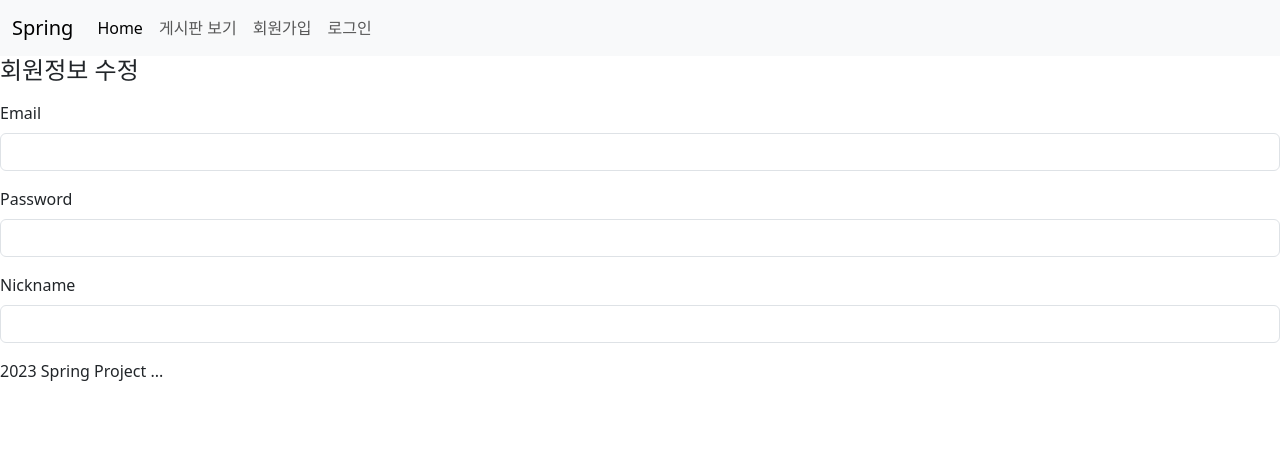
Repository: xoqls97/SpringProject
Page: http://localhost/spring_test2/WEB-INF/views/member/modify.jsp
An editor plug-in stored every save of this project. The page is shown before and after the next save, followed by the edit.
The browser window is 1280 px wide. The pictures show the whole page.
The page is served by Tomcat 9. Nobody is signed in. Other server files are loaded and not shown. The template is opened directly, without the code that normally fills it, so the values that code supplies are empty.

Above is the page before, as saved 2024-01-16 00:20:29.
Console error: TypeError: Cannot read properties of null (reading 'addEventListener')

### spring_test2/src/main/webapp/WEB-INF/views/member/modify.jsp
<%@ page language="java" contentType="text/html; charset=UTF-8"
    pageEncoding="UTF-8"%>
<%@ taglib uri="http://java.sun.com/jsp/jstl/core" prefix="c" %>
<!DOCTYPE html>
<html>
<jsp:include page="../layout/header.jsp"></jsp:include>
<title>회원정보수정</title>
<h4 class="mb-3">회원정보 수정</h4>
<form action="/member/modify" method="post">
	<div class="mb-3">
  <label for="e" class="form-label">Email</label>
  <input type="text"  name="email" class="form-control" id="e" value="">
</div>
	<div class="mb-3">
  <label for="p" class="form-label">Password</label>
  <input type="password"  name="pwd" class="form-control" id="p" value="">
</div>
	<div class="mb-3">
  <label for="n" class="form-label">Nickname</label>
  <input type="text"  name="nickname" class="form-control" id="n" value="">
</div>
<!-- 해당 멤버의 권한을 출력 (2개일수도 있음.) -->

</form>
<jsp:include page="../layout/footer.jsp"></jsp:include>

### spring_test2/src/main/webapp/WEB-INF/views/layout/header.jsp
<%@ page language="java" contentType="text/html; charset=UTF-8"
    pageEncoding="UTF-8"%>
    <%@ taglib uri="http://java.sun.com/jsp/jstl/core" prefix="c" %>
    <%@ taglib uri="http://www.springframework.org/security/tags" prefix="sec" %>
<!DOCTYPE html>
<html>
<link href="https://cdn.jsdelivr.net/npm/bootstrap@5.3.1/dist/css/bootstrap.min.css" rel="stylesheet" integrity="sha384-4bw+/aepP/YC94hEpVNVgiZdgIC5+VKNBQNGCHeKRQN+PtmoHDEXuppvnDJzQIu9" crossorigin="anonymous">
<script src="https://cdn.jsdelivr.net/npm/bootstrap@5.3.1/dist/js/bootstrap.bundle.min.js" integrity="sha384-HwwvtgBNo3bZJJLYd8oVXjrBZt8cqVSpeBNS5n7C8IVInixGAoxmnlMuBnhbgrkm" crossorigin="anonymous"></script>
<head>
<meta charset="UTF-8">
<title>Insert title here</title>
</head>
<body>

<nav class="navbar navbar-expand-lg bg-body-tertiary">
  <div class="container-fluid">
    <a class="navbar-brand" href="#">Spring</a>
    <button class="navbar-toggler" type="button" data-bs-toggle="collapse" data-bs-target="#navbarSupportedContent" aria-controls="navbarSupportedContent" aria-expanded="false" aria-label="Toggle navigation">
      <span class="navbar-toggler-icon"></span>
    </button>
    <div class="collapse navbar-collapse" id="navbarSupportedContent">
      <ul class="navbar-nav me-auto mb-2 mb-lg-0">
        <li class="nav-item">
          <a class="nav-link active" aria-current="page" href="/">Home</a>
        </li>

        <li class="nav-item">
          <a class="nav-link" href="/board/list">게시판 보기</a>
        </li>

        <!-- 현재 인증한 사용자의 정보를 가져와서 해당 권한이 있는지 확인 -->
        <!-- 현재 사용자의 정보는 principal -->
        <!-- anyMatch() : stream 매칭 메서드(최소한 1개의 요소가 주어진 조건에 맞는지 조사) -->
        <sec:authorize access="isAuthenticated()">
        <sec:authentication property="principal.mvo.email" var="authEmail"/>
        <sec:authentication property="principal.mvo.nickname" var="authnick"/>
        <sec:authentication property="principal.mvo.authList" var="auths"/>

        <c:choose>
           <c:when test="${auths.stream().anyMatch(authVO -> authVO.auth.equals('ROLE_ADMIN')).get()}">
                 <li class="nav-item">
                      <a class="nav-link" href="/member/list">회원리스트${authnick }(${authEmail }/ADMIN)</a>
                 </li>
           </c:when>
           <c:otherwise>
                 <li class="nav-item">
                      <a class="nav-link" href="/member/modify">회원정보수정${authnick }(${authEmail })</a>
                 </li>
           </c:otherwise>
        </c:choose>


            <li class="nav-item">
          <a class="nav-link" href="/board/register">게시판 글쓰기</a>
        </li>

           <li class="nav-item">
          <a class="nav-link" href="" id="logoutLink">로그아웃</a>
        </li>
        <form action="/member/logout" method="post" id="logoutForm">
           <!-- 인증된(로그인한 계정의) 이메일 -->
           <input type="hidden" name="email" value="">

        </form>
        </sec:authorize>

        <sec:authorize access="isAnonymous()">
        <li class="nav-item">
          <a class="nav-link" href="/member/register">회원가입</a>
        </li>
        <li class="nav-item">
          <a class="nav-link" href="/member/login">로그인</a>
        </li>
        </sec:authorize>
      </ul>
    </div>
  </div>
</nav>

<script type="text/javascript">
document.getElementById('logoutLink').addEventListener('click',(e)=>{
	e.preventDefault();
	document.getElementById('logoutForm').submit();
})

</script>

### spring_test2/src/main/webapp/WEB-INF/views/layout/footer.jsp
<%@ page language="java" contentType="text/html; charset=UTF-8"
    pageEncoding="UTF-8"%>

<div>
    2023 Spring Project ...
</div>

</body>
</html>

After the next save:
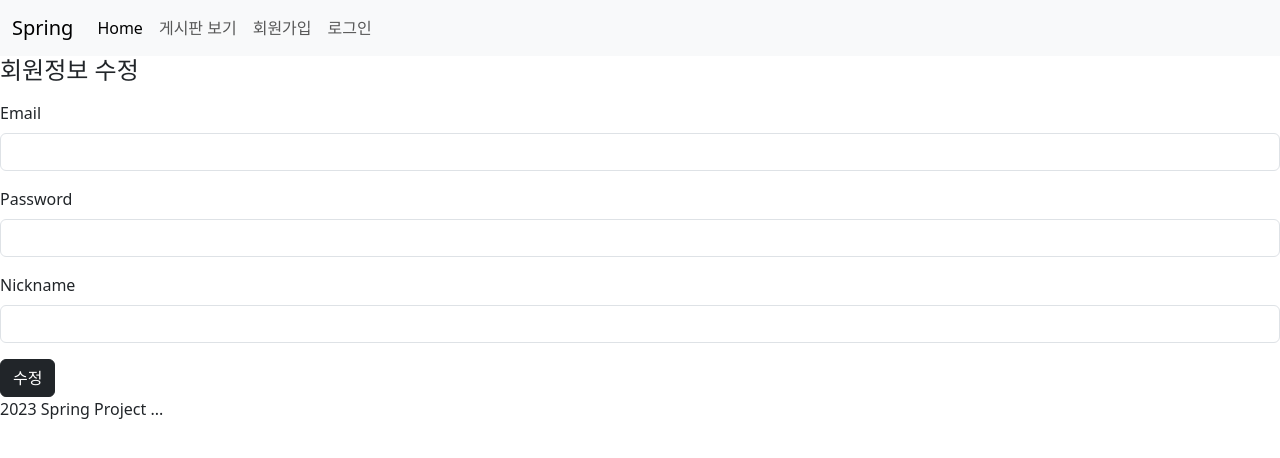
Saved 13 s later.
--- a/spring_test2/src/main/webapp/WEB-INF/views/member/modify.jsp
+++ b/spring_test2/src/main/webapp/WEB-INF/views/member/modify.jsp
@@ -19,6 +19,7 @@
   <label for="n" class="form-label">Nickname</label>
   <input type="text"  name="nickname" class="form-control" id="n" value="">
 </div>
+<button type="submit" class="btn btn-dark">수정</button>
 <!-- 해당 멤버의 권한을 출력 (2개일수도 있음.) -->
 
 </form>
